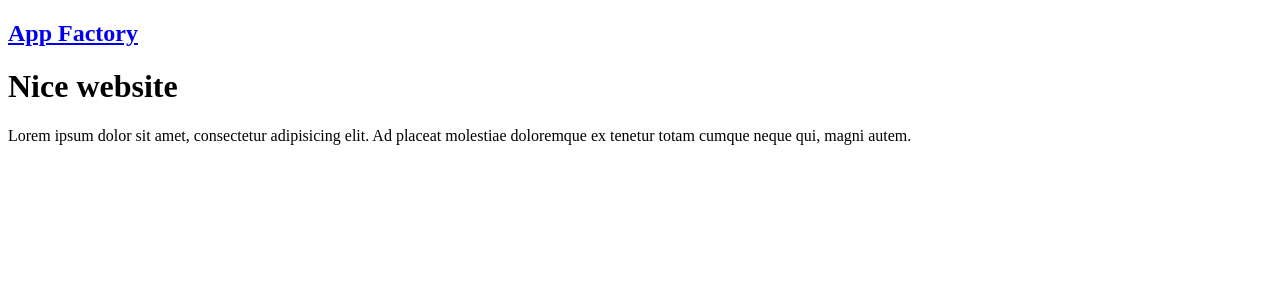
Repository: Samkiroko/app_factort_project_1
Page: index.html
These files come from the project's save history. The page is drawn as it stood at one moment and after the next save; the edit follows.
The browser window is 1280 px wide. The pictures show the whole page.

Above is the page before, as saved 2023-02-03 15:40:52.

### index.html
<!DOCTYPE html>
<html lang="en">
<head>
  <meta charset="UTF-8">
  <meta http-equiv="X-UA-Compatible" content="IE=edge">
  <meta name="viewport" content="width=device-width, initial-scale=1.0">
  <title>My First Website</title>
</head>
<body>
  <header><div>
      <h2><a href="index.html">App Factory</a></h2>
    </div></header>

  <div>
    <h1>Nice website</h1>
    <p>Lorem ipsum dolor sit amet, consectetur adipisicing elit. Ad placeat molestiae doloremque ex tenetur totam cumque neque qui, magni autem.</p>
  </div>
</body>
</html>

After the next save:
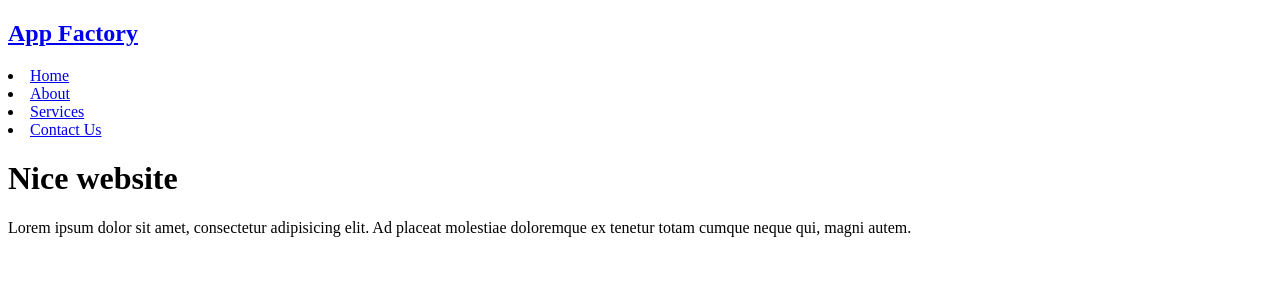
Saved 2 min 10 s later.
--- a/index.html
+++ b/index.html
@@ -1,19 +1,30 @@
 <!DOCTYPE html>
 <html lang="en">
-<head>
-  <meta charset="UTF-8">
-  <meta http-equiv="X-UA-Compatible" content="IE=edge">
-  <meta name="viewport" content="width=device-width, initial-scale=1.0">
-  <title>My First Website</title>
-</head>
-<body>
-  <header><div>
-      <h2><a href="index.html">App Factory</a></h2>
-    </div></header>
+  <head>
+    <meta charset="UTF-8" />
+    <meta http-equiv="X-UA-Compatible" content="IE=edge" />
+    <meta name="viewport" content="width=device-width, initial-scale=1.0" />
+    <title>My First Website</title>
+  </head>
+  <body>
+    <header>
+      <div>
+        <h2><a href="index.html">App Factory</a></h2>
+      </div>
+      <nav>
+        <li><a href="#">Home</a></li>
+        <li><a href="#">About</a></li>
+        <li><a href="#">Services</a></li>
+        <li><a href="#">Contact Us</a></li>
+      </nav>
+    </header>
 
-  <div>
-    <h1>Nice website</h1>
-    <p>Lorem ipsum dolor sit amet, consectetur adipisicing elit. Ad placeat molestiae doloremque ex tenetur totam cumque neque qui, magni autem.</p>
-  </div>
-</body>
+    <div>
+      <h1>Nice website</h1>
+      <p>
+        Lorem ipsum dolor sit amet, consectetur adipisicing elit. Ad placeat
+        molestiae doloremque ex tenetur totam cumque neque qui, magni autem.
+      </p>
+    </div>
+  </body>
 </html>
